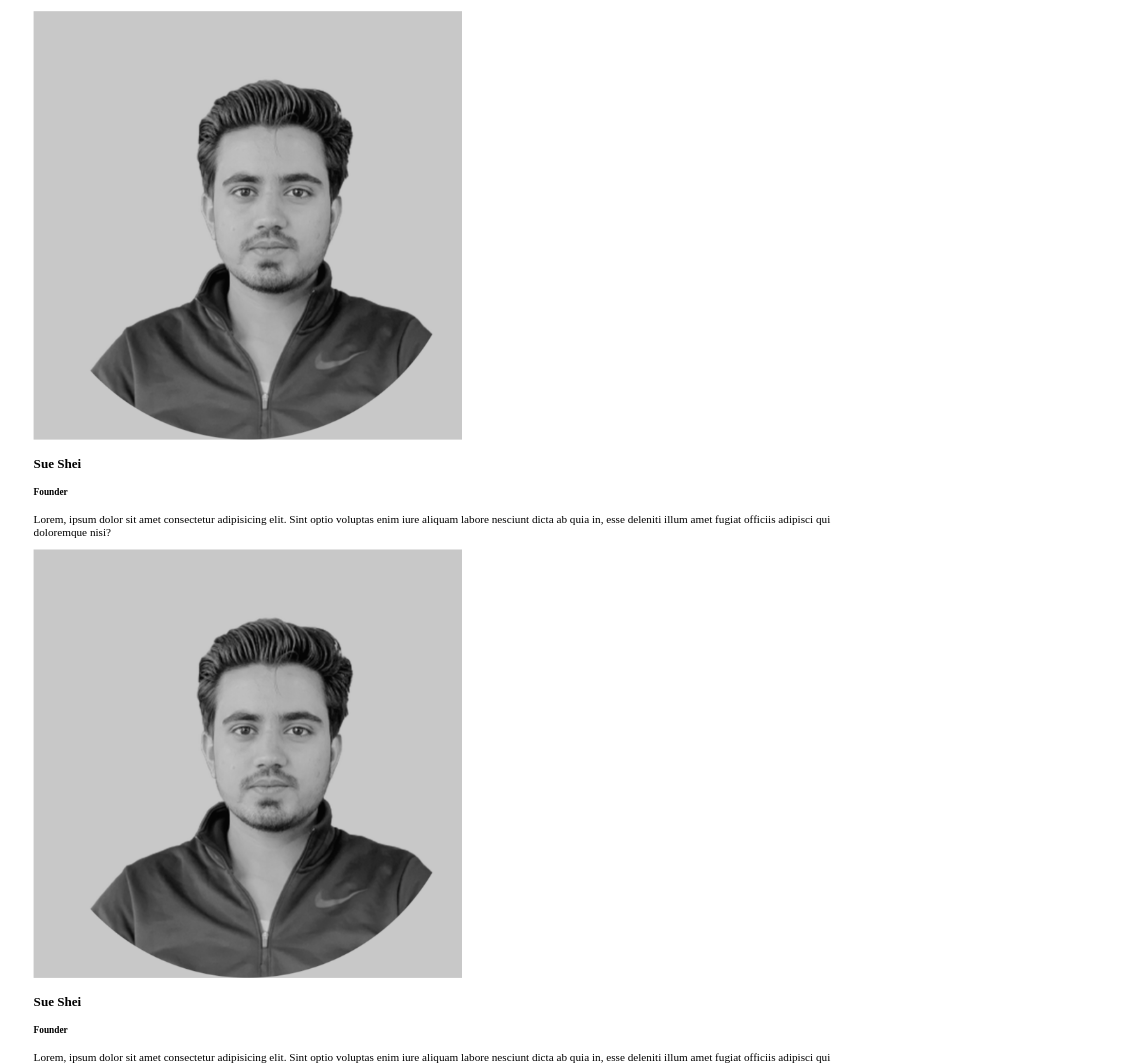
Repository: inzamamahmad3/30-Days-Of-CSS
Page: Day-1/index.html
The author's editor kept a copy of each file at every save. The page is drawn from the files as they stood at one save, then again after the next save.
The browser window is 1280 px wide. The page is 1280 px wide, then 1638 px, so the pictures cover 1638 px, including what lies to the right of the window. The pictures show the part of the page from y = 0 to 1520 px (the page is 2323 px tall before and 744 px after), at 70% of full size.
Some icons come from a web library that is not loaded, so they are not drawn.

Above is the page before, as saved 2023-01-03 20:11:13.

After the next save:
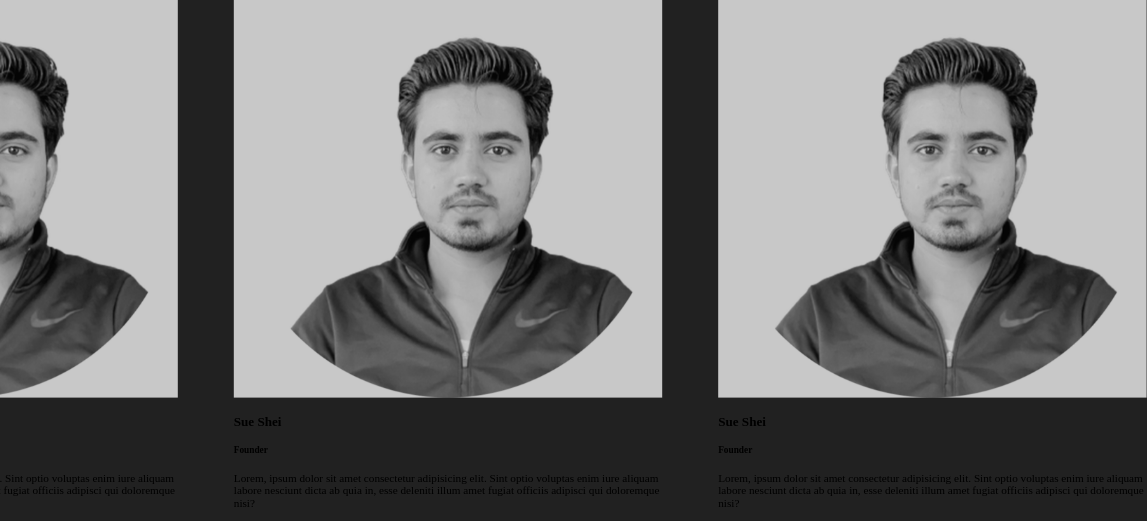
Saved 106 s later.
--- a/Day-1/styles.css
+++ b/Day-1/styles.css
@@ -1,3 +1,10 @@
 @import url(https://fonts.googleapis.com/css?family=Lato);
 @import url(https://fonts.googleapis.com/css?family=Oswald);
 @import url(https://fonts.googleapis.com/ionicons/2.0.1/css/ionicons.min.css);
+body {
+  background-color: #212121;
+  height: 95vh;
+  display: flex;
+  align-items: center;
+  justify-content: center;
+}
